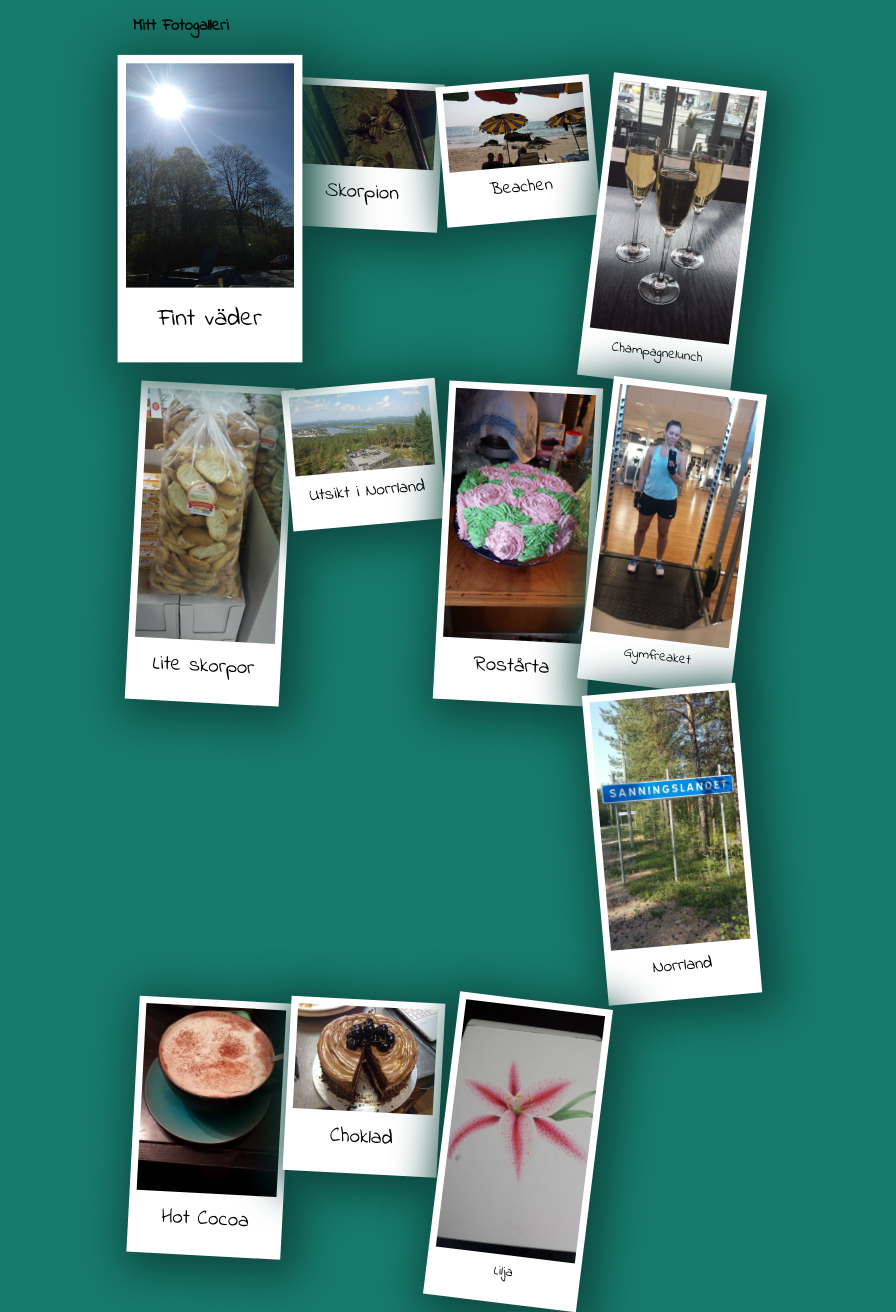
Repository: jc222fi/1ik415-laborationer
Page: gallery/index.html
The author's editor kept a record of every edit. The page is drawn from the files as they stood at one moment, then again after the next edit.
The browser window is 1280 px wide. The pictures show the whole page, at 70% of full size.
The pointer rests on the first visible `#images a`.

Above is the page before.

After the next edit:
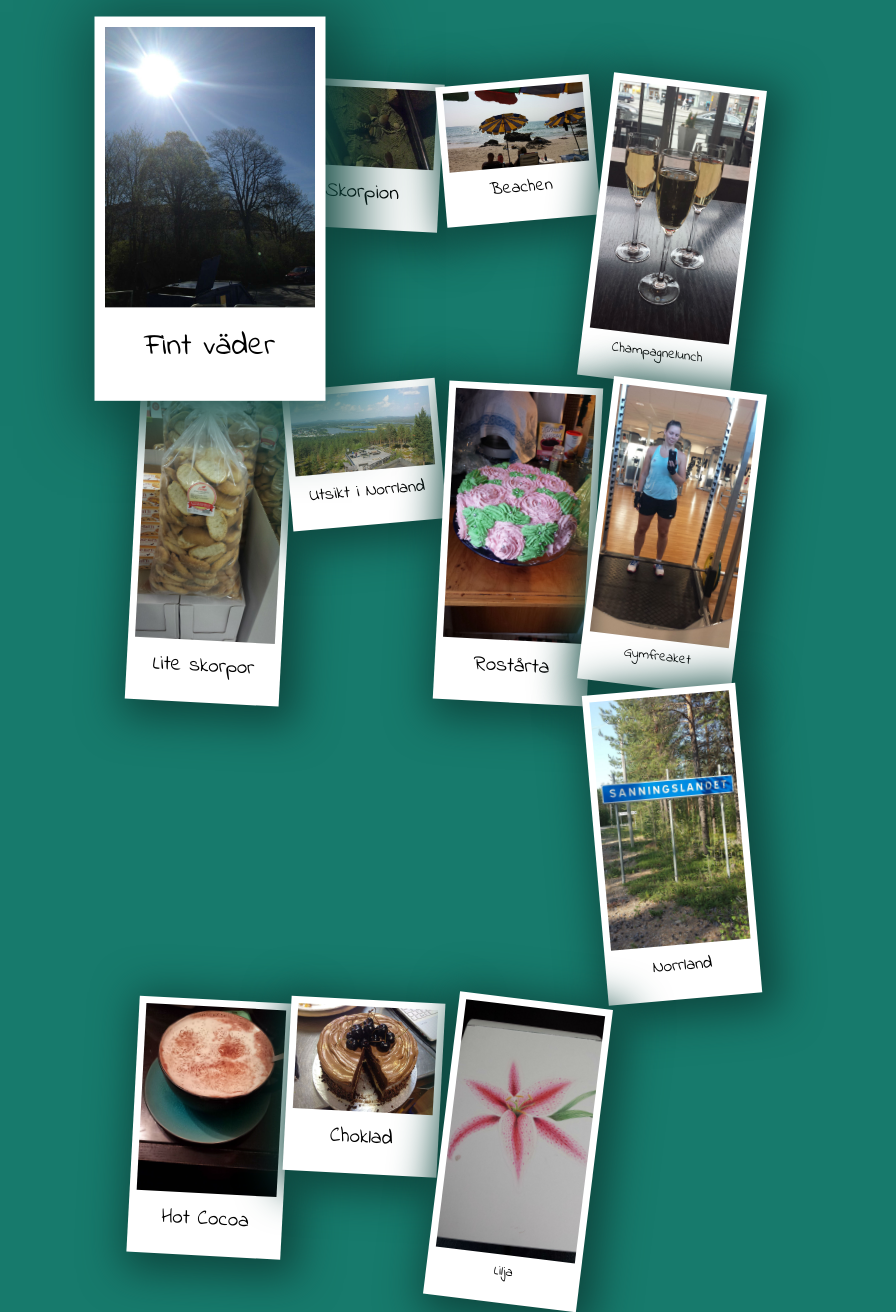
The edit:
--- a/css/gallery.css
+++ b/css/gallery.css
@@ -43,6 +43,6 @@
     z-index:60;
     -webkit-transition:all 0.3s linear;
     -webkit-transform:rotate(0deg);
-    -webkit-transform:scale(1.2);
+    -webkit-transform:scale(1.5);
     box-shadow
 }
